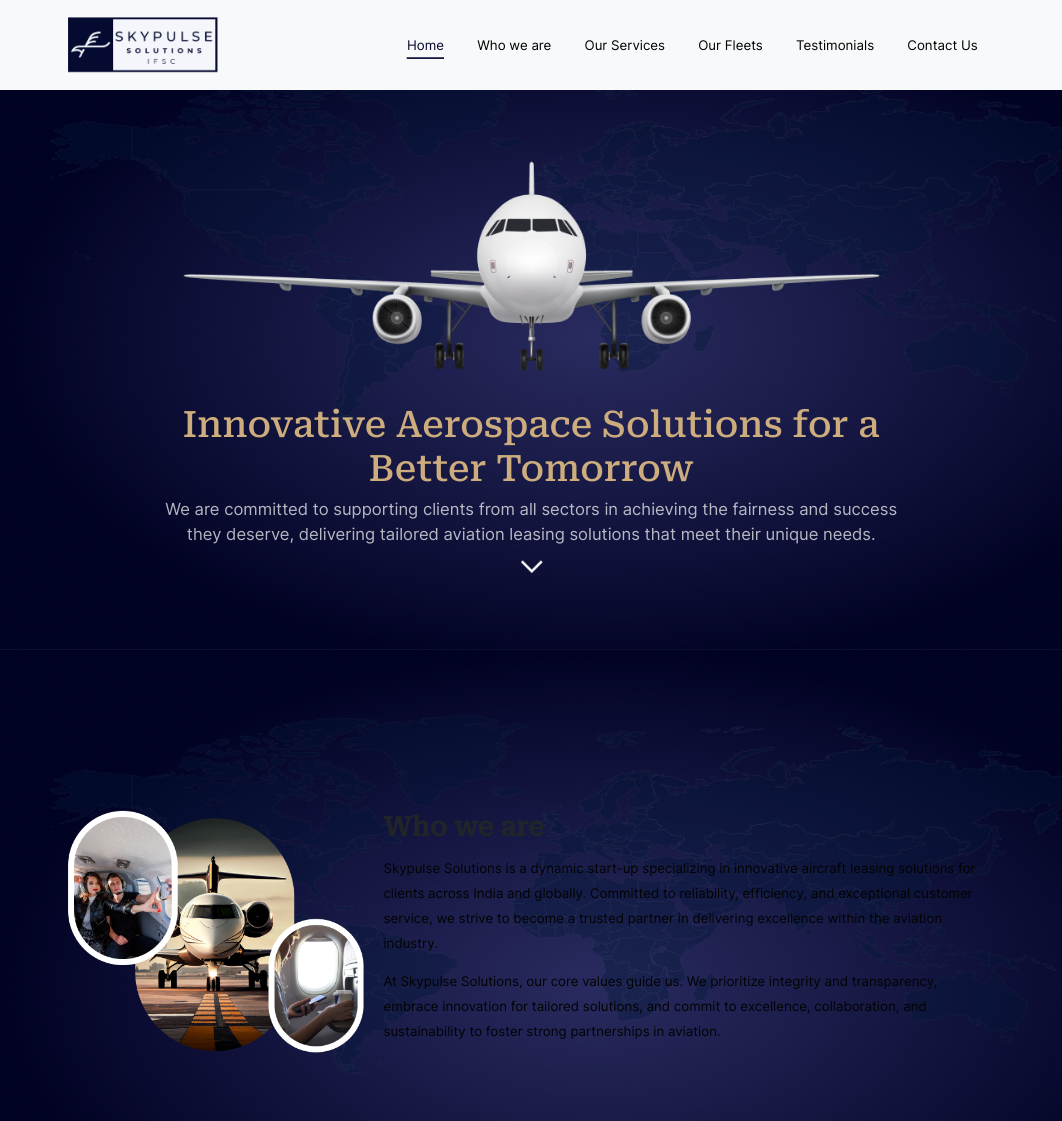
Repository: mangalravi/SkyPulse
Page: index.html
These files come from the project's save history. The page is drawn as it stood at one moment and after a run of saves; the edit follows.
The browser window is 1280 px wide. The pictures show the whole page, at 83% of full size.

Above is the page before, as saved 2024-12-30 10:23:05.

After the next 2 saves:
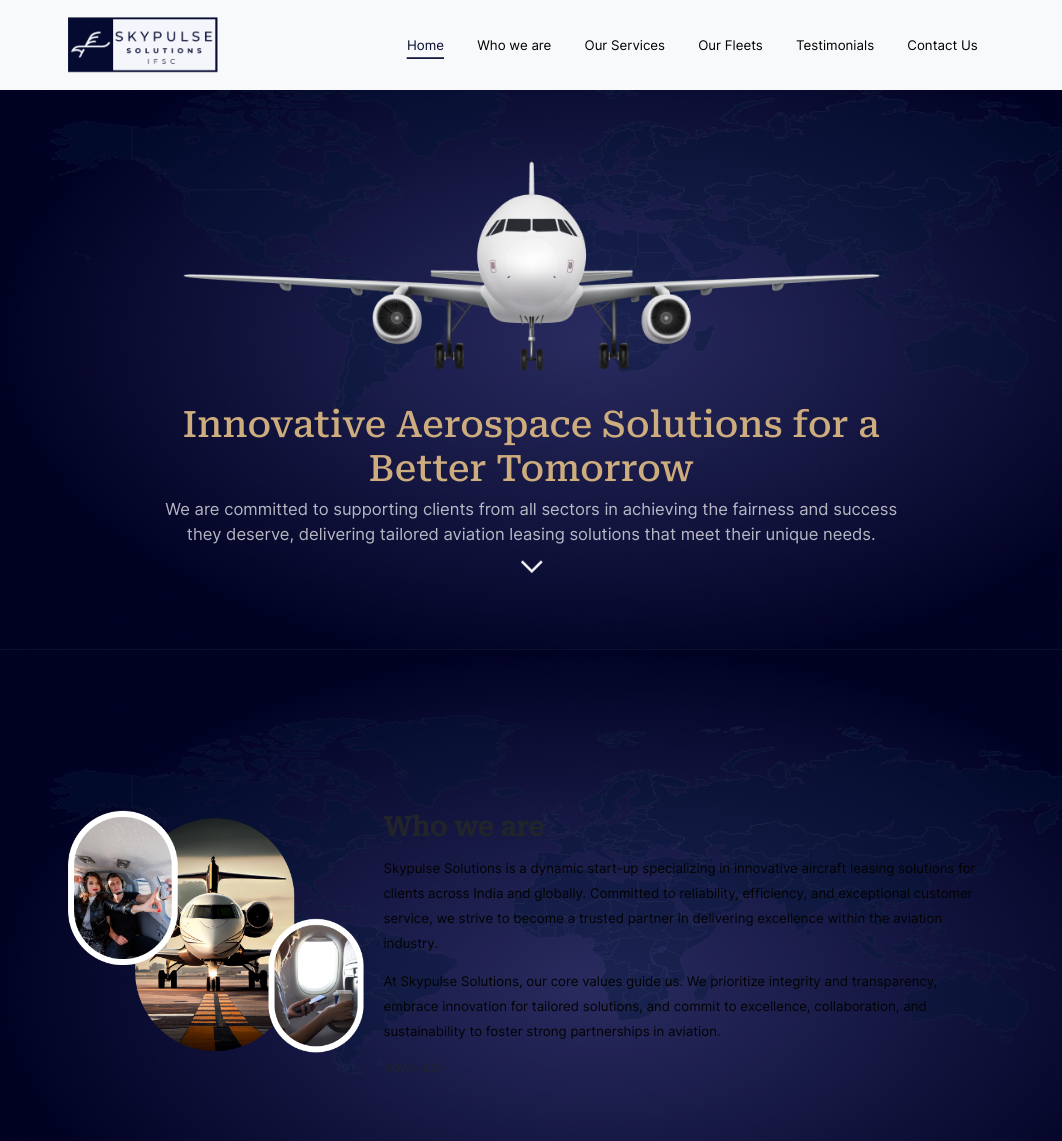
The 2 saves are shown as one change because they came seconds apart.
The last was saved 12 s later.
--- a/index.html
+++ b/index.html
@@ -94,6 +94,7 @@
    <p class="sec-para">
     At Skypulse Solutions, our core values guide us. We prioritize integrity and transparency, embrace innovation for tailored solutions, and commit to excellence, collaboration, and sustainability to foster strong partnerships in aviation.
    </p>
+   .row>.col-
           </div>
           </div>
           </div>
